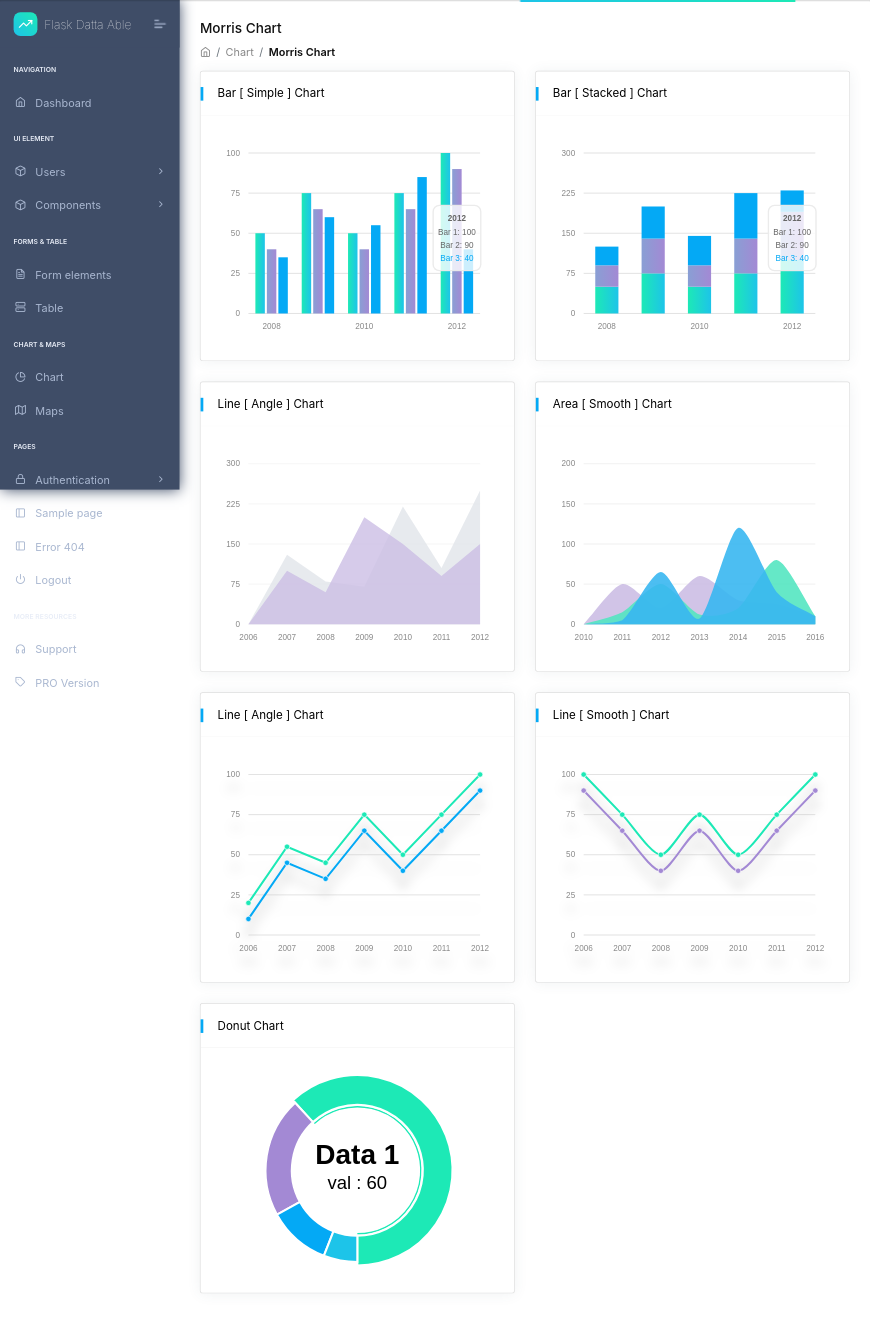
Repository: BigFor4/LearnPython
Page: apps/templates/home/charts-morris.html
The author's editor kept a copy of each file at every save. The page is drawn from the files as they stood at one save, then again after the next save.
The browser window is 1280 px wide. The pictures show the whole page, at 68% of full size.
Some web fonts or font styles are not loaded; a fallback is used. The template is drawn by Flask 3. The application's start-up code is not run. Other server files are loaded and not shown. The template is opened directly, without the code that normally fills it, so the values that code supplies are empty.

Above is the page before, as saved 2022-02-14 19:34:51.
Console error: TypeError: $(...).slimScroll is not a function

### apps/templates/home/charts-morris.html
{% extends "layouts/base.html" %}

{% block title %} Charts Morris {% endblock %}

<!-- Specific CSS goes HERE -->
{% block stylesheets %}

    <link rel="stylesheet" href="/static/assets/plugins/chart-morris/css/morris.css">

{% endblock stylesheets %}

{% block content %}

<div class="pcoded-content">
    <div class="pcoded-inner-content">
        <!-- [ breadcrumb ] start -->
        <div class="page-header">
            <div class="page-block">
                <div class="row align-items-center">
                    <div class="col-md-12">
                        <div class="page-header-title">
                            <h5 class="m-b-10">Morris Chart</h5>
                        </div>
                        <ul class="breadcrumb">
                            <li class="breadcrumb-item"><a href="/"><i class="feather icon-home"></i></a></li>
                            <li class="breadcrumb-item"><a href="javascript:">Chart</a></li>
                            <li class="breadcrumb-item"><a href="javascript:">Morris Chart</a></li>
                        </ul>
                    </div>
                </div>
            </div>
        </div>
        <!-- [ breadcrumb ] end -->
        <div class="main-body">
            <div class="page-wrapper">
                <!-- [ Main Content ] start -->
                <div class="row">
                    <!-- [ Morris Chart ] start -->
                    <div class="col-xl-6">
                        <div class="card">
                            <div class="card-header">
                                <h5>Bar [ Simple ] Chart</h5>
                            </div>
                            <div class="card-block">
                                <div id="morris-bar-chart" style="height:300px"></div>
                            </div>
                        </div>
                    </div>
                    <div class="col-xl-6">
                        <div class="card">
                            <div class="card-header">
                                <h5>Bar [ Stacked ] Chart</h5>
                            </div>
                            <div class="card-block">
                                <div id="morris-bar-stacked-chart" style="height:300px"></div>
                            </div>
                        </div>
                    </div>
                    <div class="col-xl-6">
                        <div class="card">
                            <div class="card-header">
                                <h5>Line [ Angle ] Chart</h5>
                            </div>
                            <div class="card-block">
                                <div id="morris-area-chart" style="height:300px"></div>
                            </div>
                        </div>
                    </div>
                    <div class="col-xl-6">
                        <div class="card">
                            <div class="card-header">
                                <h5>Area [ Smooth ] Chart</h5>
                            </div>
                            <div class="card-block">
                                <div id="morris-area-curved-chart" style="height:300px"></div>
                            </div>
                        </div>
                    </div>
                    <div class="col-xl-6">
                        <div class="card">
                            <div class="card-header">
                                <h5>Line [ Angle ] Chart</h5>
                            </div>
                            <div class="card-block">
                                <div id="morris-line-chart" class="ChartShadow" style="height:300px"></div>
                            </div>
                        </div>
                    </div>
                    <div class="col-xl-6">
                        <div class="card">
                            <div class="card-header">
                                <h5>Line [ Smooth ] Chart</h5>
                            </div>
                            <div class="card-block">
                                <div id="morris-line-smooth-chart" class="ChartShadow" style="height:300px"></div>
                            </div>
                        </div>
                    </div>
                    <div class="col-xl-6">
                        <div class="card">
                            <div class="card-header">
                                <h5>Donut Chart</h5>
                            </div>
                            <div class="card-block">
                                <div id="morris-donut-chart" style="height:300px"></div>
                            </div>
                        </div>
                    </div>
                    <!-- [ Morris Chart ] end -->
                </div>
                <!-- [ Main Content ] end -->
            </div>
        </div>
    </div>
</div>


{% endblock content %}

<!-- Specific Page JS goes HERE  -->
{% block javascripts %}

    <script src="/static/assets/plugins/chart-morris/js/raphael.min.js"></script>
    <script src="/static/assets/plugins/chart-morris/js/morris.min.js"></script>
    <script src="/static/assets/js/pages/chart-morris-custom.js"></script>

{% endblock javascripts %}

### apps/templates/layouts/base.html
<!DOCTYPE html>
<html lang="en">

<head>
    <title>
        Flask Datta Able - {% block title %}{% endblock %} | AppSeed
    </title>

    <meta charset="utf-8">
    <meta name="viewport" content="width=device-width, initial-scale=1.0, user-scalable=0, minimal-ui">
    <meta http-equiv="X-UA-Compatible" content="IE=edge" />
    <link rel="canonical" href="https://appseed.us/admin-dashboards/flask-dashboard-dattaable">

    <meta name="description" content="Datta Able Bootstrap admin template made using Bootstrap 4 and it has huge amount of ready made feature, UI components, pages which completely fulfills any dashboard needs." />
    <meta name="keywords" content="admin templates, bootstrap admin templates, bootstrap 4, dashboard, dashboard templets, sass admin templets, html admin templates, responsive, bootstrap admin templates free download,premium bootstrap admin templates, datta able, datta able bootstrap admin template, free admin theme, free dashboard template"/>
    <meta name="author" content="CodedThemes"/>

    <!-- Favicon icon -->
    <link rel="icon" href="/static/assets/images/favicon.ico" type="image/x-icon">
    <!-- fontawesome icon -->
    <link rel="stylesheet" href="/static/assets/fonts/fontawesome/css/fontawesome-all.min.css">
    <!-- animation css -->
    <link rel="stylesheet" href="/static/assets/plugins/animation/css/animate.min.css">
    <!-- vendor css -->
    <link rel="stylesheet" href="/static/assets/css/style.css">
    <meta
    name="viewport"
    content="width=device-width, initial-scale=1, shrink-to-fit=no"
  />
  <title>Bootstrap CRUD Data Table for Database with Modal Form</title>
  <link
    rel="stylesheet"
    href="https://fonts.googleapis.com/css?family=Roboto|Varela+Round"
  />
  <link
    rel="stylesheet"
    href="https://stackpath.bootstrapcdn.com/bootstrap/4.5.0/css/bootstrap.min.css"
  />
  <link
    rel="stylesheet"
    href="https://fonts.googleapis.com/icon?family=Material+Icons"
  />
  <link
    rel="stylesheet"
    href="https://maxcdn.bootstrapcdn.com/font-awesome/4.7.0/css/font-awesome.min.css"
  />
  <script src="https://code.jquery.com/jquery-3.5.1.min.js"></script>
  <script src="https://cdn.jsdelivr.net/npm/popper.js@1.16.0/dist/umd/popper.min.js"></script>
  <script src="https://stackpath.bootstrapcdn.com/bootstrap/4.5.0/js/bootstrap.min.js"></script>
    <!-- Specific CSS goes HERE -->
    {% block stylesheets %}{% endblock stylesheets %}

</head>

<body>

    <!-- [ Pre-loader ] start -->
    <div class="loader-bg">
        <div class="loader-track">
            <div class="loader-fill"></div>
        </div>
    </div>

    <!-- Top Bar -->
    {% include 'includes/navigation.html' %}

    <!-- SideBar -->
    {% include 'includes/sidebar.html' %}

    <div class="pcoded-main-container">
        <div class="pcoded-wrapper">

            {% block content %}{% endblock content %}

        </div>
    </div>

    {% include 'includes/scripts.html' %}

    <!-- Specific Page JS goes HERE  -->
    {% block javascripts %}{% endblock javascripts %}

</body>
</html>

### apps/templates/includes/sidebar.html
<nav class="pcoded-navbar">
  <div class="navbar-wrapper">
    <div class="navbar-brand header-logo">
      <a
        target="_blank"
        href="https://appseed.us/admin-dashboards/flask-datta-able"
        class="b-brand"
      >
        <div class="b-bg">
          <i class="feather icon-trending-up"></i>
        </div>
        <span class="b-title">Flask Datta Able</span>
      </a>
      <a class="mobile-menu" id="mobile-collapse" href="javascript:"
        ><span></span
      ></a>
    </div>
    <div class="navbar-content scroll-div">
      <ul class="nav pcoded-inner-navbar">
        <li class="nav-item pcoded-menu-caption">
          <label>Navigation</label>
        </li>
        <li
          data-username="dashboard Default Ecommerce CRM Analytics Crypto Project"
          class="nav-item {% if 'index' in segment %} active {% endif %}"
        >
          <a href="/" class="nav-link"
            ><span class="pcoded-micon"><i class="feather icon-home"></i></span
            ><span class="pcoded-mtext">Dashboard</span></a
          >
        </li>
        <li class="nav-item pcoded-menu-caption">
          <label>UI Element</label>
        </li>

        <li
          data-username="basic components Button Alert Badges breadcrumb Paggination progress Tooltip popovers Carousel Cards Collapse Tabs pills Modal Grid System Typography Extra Shadows Embeds"
          class="nav-item pcoded-hasmenu"
        >
          <a href="javascript:" class="nav-link"
            ><span class="pcoded-micon"><i class="feather icon-box"></i></span
            ><span class="pcoded-mtext">Users</span></a
          >
          <ul class="pcoded-submenu">
            <li class=""><a href="/profile.html" class="">Profile</a></li>

            <li
              data-username="Profile bootstrap datatable footable"
              class="nav-item {% if 'profile' in segment %} active {% endif %}"
            >
              <a href="/profile.html" class="nav-link"
                ><span class="pcoded-micon"
                  ><i class="feather icon-server"></i></span
                ><span class="pcoded-mtext">Table</span></a
              >
            </li>
          </ul>
        </li>

        <li
          data-username="basic components Button Alert Badges breadcrumb Paggination progress Tooltip popovers Carousel Cards Collapse Tabs pills Modal Grid System Typography Extra Shadows Embeds"
          class="nav-item pcoded-hasmenu"
        >
          <a href="javascript:" class="nav-link"
            ><span class="pcoded-micon"><i class="feather icon-box"></i></span
            ><span class="pcoded-mtext">Components</span></a
          >
          <ul class="pcoded-submenu">
            <li class=""><a href="/ui-button.html" class="">Button</a></li>
            <li class=""><a href="/ui-badges.html" class="">Badges</a></li>
            <li class="">
              <a href="/ui-breadcrumb-pagination.html" class=""
                >Breadcrumb & paggination</a
              >
            </li>
            <li class=""><a href="/ui-collapse.html" class="">Collapse</a></li>
            <li class=""><a href="/ui-tabs.html" class="">Tabs & pills</a></li>
            <li class="">
              <a href="/ui-typography.html" class="">Typography</a>
            </li>
            <li class="">
              <a href="/ui-icons.html" class=""
                >Feather<span class="pcoded-badge label label-danger"
                  >NEW</span
                ></a
              >
            </li>
          </ul>
        </li>
        <li class="nav-item pcoded-menu-caption">
          <label>Forms & table</label>
        </li>
        <li
          data-username="form elements advance componant validation masking wizard picker select"
          class="nav-item {% if 'ui-forms' in segment %} active {% endif %}"
        >
          <a href="/ui-forms.html" class="nav-link"
            ><span class="pcoded-micon"
              ><i class="feather icon-file-text"></i></span
            ><span class="pcoded-mtext">Form elements</span></a
          >
        </li>
        <li
          data-username="Table bootstrap datatable footable"
          class="nav-item {% if 'ui-tables' in segment %} active {% endif %}"
        >
          <a href="/ui-tables.html" class="nav-link"
            ><span class="pcoded-micon"
              ><i class="feather icon-server"></i></span
            ><span class="pcoded-mtext">Table</span></a
          >
        </li>
        <li class="nav-item pcoded-menu-caption">
          <label>Chart & Maps</label>
        </li>
        <li
          data-username="Charts Morris"
          class="nav-item {% if 'charts-morris' in segment %} active {% endif %}"
        >
          <a href="/charts-morris.html" class="nav-link"
            ><span class="pcoded-micon"
              ><i class="feather icon-pie-chart"></i></span
            ><span class="pcoded-mtext">Chart</span></a
          >
        </li>
        <li
          data-username="Maps Google"
          class="nav-item {% if 'maps-google' in segment %} active {% endif %}"
        >
          <a href="/maps-google.html" class="nav-link"
            ><span class="pcoded-micon"><i class="feather icon-map"></i></span
            ><span class="pcoded-mtext">Maps</span></a
          >
        </li>
        <li class="nav-item pcoded-menu-caption">
          <label>Pages</label>
        </li>
        <li
          data-username="Authentication Sign up Sign in reset password Change password Personal information profile settings map form subscribe"
          class="nav-item pcoded-hasmenu"
        >
          <a href="javascript:" class="nav-link"
            ><span class="pcoded-micon"><i class="feather icon-lock"></i></span
            ><span class="pcoded-mtext">Authentication</span></a
          >
          <ul class="pcoded-submenu">
            <li class="">
              <a href="/auth-reset-pass.html" class="">Reset Pass</a>
            </li>
            <li class="">
              <a href="/login.html" class="">Login (template)</a>
            </li>
            <li class="">
              <a href="/register.html" class="">Register (template)</a>
            </li>
          </ul>
        </li>
        <li
          data-username="Sample Page"
          class="nav-item {% if 'page-blank' in segment %} active {% endif %}"
        >
          <a href="/page-blank.html" class="nav-link"
            ><span class="pcoded-micon"
              ><i class="feather icon-sidebar"></i></span
            ><span class="pcoded-mtext">Sample page</span></a
          >
        </li>
        <li data-username="Sample Page" class="nav-item">
          <a href="/page-404.html" class="nav-link"
            ><span class="pcoded-micon"
              ><i class="feather icon-sidebar"></i></span
            ><span class="pcoded-mtext">Error 404</span></a
          >
        </li>

        <li data-username="Disabled Menu" class="nav-item">
          <a
            href="{{ url_for('authentication_blueprint.logout') }}"
            class="nav-link"
          >
            <span class="pcoded-micon"><i class="feather icon-power"></i></span
            ><span class="pcoded-mtext">Logout</span>
          </a>
        </li>
        <li class="nav-item pcoded-menu-caption">
          <label>More Resources</label>
        </li>
        <li data-username="Support Page" class="nav-item">
          <a target="_blank" href="https://appseed.us/support" class="nav-link">
            <span class="pcoded-micon">
              <i class="feather icon-headphones"></i>
            </span>
            <span class="pcoded-mtext">Support</span>
          </a>
        </li>
        <li data-username="Support Page" class="nav-item">
          <a
            target="_blank"
            href="https://appseed.us/admin-dashboards/flask-dashboard-dattaable-pro"
            class="nav-link"
          >
            <span class="pcoded-micon">
              <i class="feather icon-tag"></i>
            </span>
            <span class="pcoded-mtext">PRO Version</span>
          </a>
        </li>
      </ul>
    </div>
  </div>
</nav>

### apps/templates/includes/scripts.html

    <!-- Required Js -->
    <script src="/static/assets/js/vendor-all.min.js"></script>
    <script src="/static/assets/plugins/bootstrap/js/bootstrap.min.js"></script>
    <script src="/static/assets/js/pcoded.min.js"></script>
    <script
    src="https://code.jquery.com/jquery-3.3.1.slim.min.js"
    integrity="sha384-q8i/X+965DzO0rT7abK41JStQIAqVgRVzpbzo5smXKp4YfRvH+8abtTE1Pi6jizo"
    crossorigin="anonymous"
  ></script>
  <script
    src="https://cdnjs.cloudflare.com/ajax/libs/popper.js/1.14.7/umd/popper.min.js"
    integrity="sha384-UO2eT0CpHqdSJQ6hJty5KVphtPhzWj9WO1clHTMGa3JDZwrnQq4sF86dIHNDz0W1"
    crossorigin="anonymous"
  ></script>
  <script
    src="https://stackpath.bootstrapcdn.com/bootstrap/4.3.1/js/bootstrap.min.js"
    integrity="sha384-JjSmVgyd0p3pXB1rRibZUAYoIIy6OrQ6VrjIEaFf/nJGzIxFDsf4x0xIM+B07jRM"
    crossorigin="anonymous"
  ></script>

Loaded but not shown: apps/templates/includes/navigation.html (common file); apps/static/assets/fonts/fontawesome/css/fontawesome-all.min.css (library); apps/static/assets/plugins/animation/css/animate.min.css (library); apps/static/assets/css/style.css (library); apps/static/assets/plugins/chart-morris/css/morris.css (common file); apps/static/assets/js/vendor-all.min.js (library); apps/static/assets/plugins/bootstrap/js/bootstrap.min.js (library); apps/static/assets/js/pcoded.min.js (library); apps/static/assets/plugins/chart-morris/js/raphael.min.js (library); apps/static/assets/plugins/chart-morris/js/morris.min.js (library); apps/static/assets/js/pages/chart-morris-custom.js (common file); apps/static/assets/plugins/bootstrap/css/bootstrap.min.css (library); apps/static/assets/fonts/feather/css/feather.css (common file); apps/static/assets/plugins/jquery-scrollbar/css/jquery.scrollbar.min.css (common file); apps/static/assets/fonts/datta/datta-icon.css (common file)

After the next save:
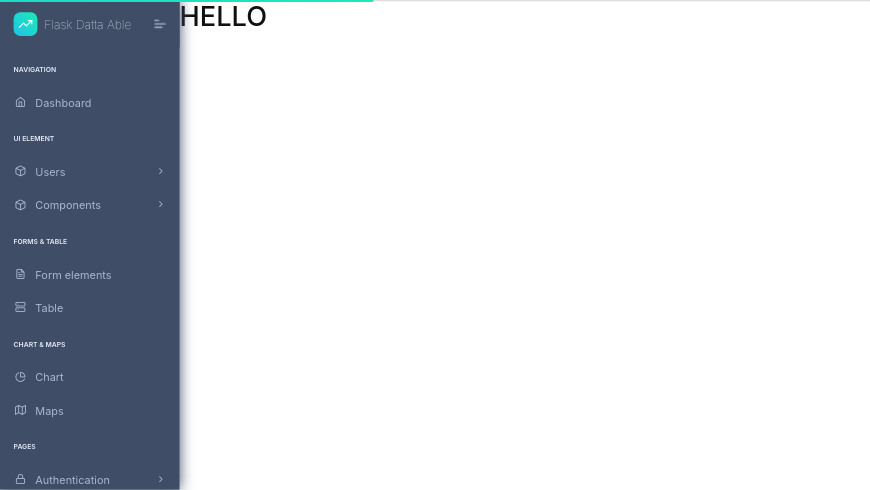
Saved 88 s later.
--- a/apps/templates/home/charts-morris.html
+++ b/apps/templates/home/charts-morris.html
@@ -11,108 +11,7 @@
 
 {% block content %}
 
-<div class="pcoded-content">
-    <div class="pcoded-inner-content">
-        <!-- [ breadcrumb ] start -->
-        <div class="page-header">
-            <div class="page-block">
-                <div class="row align-items-center">
-                    <div class="col-md-12">
-                        <div class="page-header-title">
-                            <h5 class="m-b-10">Morris Chart</h5>
-                        </div>
-                        <ul class="breadcrumb">
-                            <li class="breadcrumb-item"><a href="/"><i class="feather icon-home"></i></a></li>
-                            <li class="breadcrumb-item"><a href="javascript:">Chart</a></li>
-                            <li class="breadcrumb-item"><a href="javascript:">Morris Chart</a></li>
-                        </ul>
-                    </div>
-                </div>
-            </div>
-        </div>
-        <!-- [ breadcrumb ] end -->
-        <div class="main-body">
-            <div class="page-wrapper">
-                <!-- [ Main Content ] start -->
-                <div class="row">
-                    <!-- [ Morris Chart ] start -->
-                    <div class="col-xl-6">
-                        <div class="card">
-                            <div class="card-header">
-                                <h5>Bar [ Simple ] Chart</h5>
-                            </div>
-                            <div class="card-block">
-                                <div id="morris-bar-chart" style="height:300px"></div>
-                            </div>
-                        </div>
-                    </div>
-                    <div class="col-xl-6">
-                        <div class="card">
-                            <div class="card-header">
-                                <h5>Bar [ Stacked ] Chart</h5>
-                            </div>
-                            <div class="card-block">
-                                <div id="morris-bar-stacked-chart" style="height:300px"></div>
-                            </div>
-                        </div>
-                    </div>
-                    <div class="col-xl-6">
-                        <div class="card">
-                            <div class="card-header">
-                                <h5>Line [ Angle ] Chart</h5>
-                            </div>
-                            <div class="card-block">
-                                <div id="morris-area-chart" style="height:300px"></div>
-                            </div>
-                        </div>
-                    </div>
-                    <div class="col-xl-6">
-                        <div class="card">
-                            <div class="card-header">
-                                <h5>Area [ Smooth ] Chart</h5>
-                            </div>
-                            <div class="card-block">
-                                <div id="morris-area-curved-chart" style="height:300px"></div>
-                            </div>
-                        </div>
-                    </div>
-                    <div class="col-xl-6">
-                        <div class="card">
-                            <div class="card-header">
-                                <h5>Line [ Angle ] Chart</h5>
-                            </div>
-                            <div class="card-block">
-                                <div id="morris-line-chart" class="ChartShadow" style="height:300px"></div>
-                            </div>
-                        </div>
-                    </div>
-                    <div class="col-xl-6">
-                        <div class="card">
-                            <div class="card-header">
-                                <h5>Line [ Smooth ] Chart</h5>
-                            </div>
-                            <div class="card-block">
-                                <div id="morris-line-smooth-chart" class="ChartShadow" style="height:300px"></div>
-                            </div>
-                        </div>
-                    </div>
-                    <div class="col-xl-6">
-                        <div class="card">
-                            <div class="card-header">
-                                <h5>Donut Chart</h5>
-                            </div>
-                            <div class="card-block">
-                                <div id="morris-donut-chart" style="height:300px"></div>
-                            </div>
-                        </div>
-                    </div>
-                    <!-- [ Morris Chart ] end -->
-                </div>
-                <!-- [ Main Content ] end -->
-            </div>
-        </div>
-    </div>
-</div>
+<h1>HELLO</h1>
 
 
 {% endblock content %}
